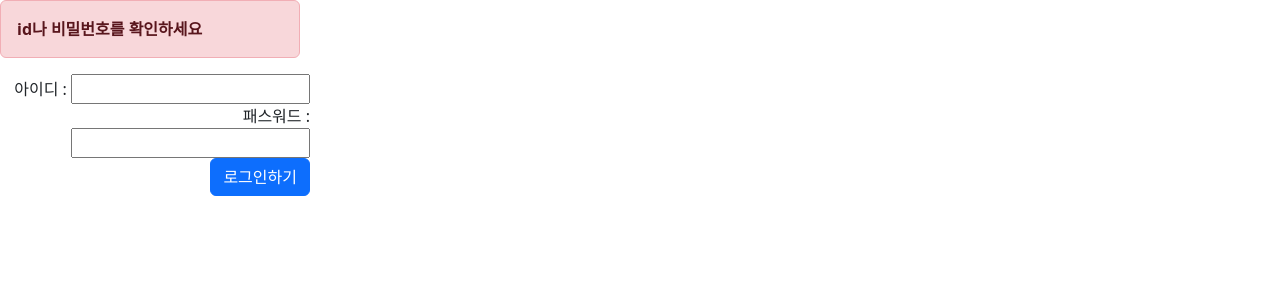
Repository: cheez0909/JSP
Page: http://localhost/1103/session/LoginProcess.jsp
The author's editor kept a copy of each file at every save. The page is drawn from the files as they stood at one save, then again after the next save.
The browser window is 1280 px wide. The pictures show the whole page.
The page is served by Tomcat 9. Other server files are loaded and not shown. Queries for data that is not in the repository find no rows.

Above is the page before, as saved 2023-11-08 06:07:15.

### 1103/src/main/webapp/session/LoginProcess.jsp
<%@page import="com.momo.dto.memberDTO"%>
<%@page import="com.momo.dao.memberDAO"%>
<%@ page language="java" contentType="text/html; charset=UTF-8"
    pageEncoding="UTF-8"%>
<!DOCTYPE html>
<html>
<head>
<meta charset="UTF-8">
<title>Insert title here</title>
</head>
<body>
<%
	/*
		1. 사용자의 요청 파라메터 수집(id, pw)
		2. DB에 등록된 사용자인지 확인
			- user테이블 생성
			- 사용자 정보 등록
	*/
	String id = request.getParameter("user_id");
	String pw = request.getParameter("user_pw");

	memberDAO members = new memberDAO();
	memberDTO memberdto = members.login(id, pw);

	members.close();

	if(memberdto != null){
		// 로그인 성공 -> 메인 페이지
		// 세션에 저장
		session.setAttribute("memberDTO", memberdto);
		session.setAttribute("user_id", id);
		response.sendRedirect("loginMain.jsp");
	} else{
		// 로그인 페이지로 이동 후 메세지 출력
		request.getRequestDispatcher("loginForm.jsp?err=1").forward(request, response);
	}

%>


</body>
</html>

### 1103/src/main/webapp/session/loginForm.jsp
<%@ page language="java" contentType="text/html; charset=UTF-8"
    pageEncoding="UTF-8"%>
<!DOCTYPE html>
<html>
<head>
<meta charset="UTF-8">
<title>Insert title here</title>
 <link href="https://cdn.jsdelivr.net/npm/bootstrap@5.3.1/dist/css/bootstrap.min.css" rel="stylesheet" integrity="sha384-4bw+/aepP/YC94hEpVNVgiZdgIC5+VKNBQNGCHeKRQN+PtmoHDEXuppvnDJzQIu9" crossorigin="anonymous">
</head>
<style>
.alert{
	width : 300px;
}
.login {
	text-align: right;
	align-items: flex-start;
}

form {
width : 300px;
height: 450px;
margin:10px;
}

</style>
<body>

<%
	String err = request.getParameter("err");

	if("1".equals(request.getParameter("err"))){%>
	<div class="alert alert-danger" role="alert"><b>id나 비밀번호를 확인하세요</b></div>
	<%}
	if(err!=null){
		err = request.getParameter("err");
	}
%>
	<form action="LoginProcess.jsp" method="post" name="loginFrm" class="login"
        onsubmit="return validateForm(this);">
        아이디 : <input type="text" name="user_id" required="required"/><br />
        패스워드 : <input type="password" name="user_pw" required="required"/><br />
        <button type="submit" class="btn btn-primary" value="로그인하기">로그인하기</button>
    </form>
     <script src="https://cdn.jsdelivr.net/npm/bootstrap@5.3.1/dist/js/bootstrap.bundle.min.js" integrity="sha384-HwwvtgBNo3bZJJLYd8oVXjrBZt8cqVSpeBNS5n7C8IVInixGAoxmnlMuBnhbgrkm" crossorigin="anonymous"></script>
</body>
</html>

### 1103/src/main/java/com/momo/DBConnectionPool.java
package com.momo;

import java.sql.Connection;
import java.sql.PreparedStatement;
import java.sql.ResultSet;
import java.sql.SQLException;
import java.sql.Statement;

import javax.naming.Context;
import javax.naming.InitialContext;
import javax.naming.NamingException;
import javax.sql.DataSource;



public class DBConnectionPool {
	public Connection con;
	public Statement stmtl;
	public PreparedStatement pstmt;
	public ResultSet rs;


	public DBConnectionPool(){
		try {
			// JNDI를 통해 커넥션풀 얻어오기
			Context initContext = new InitialContext();
			Context envContext  = (Context)initContext.lookup("java:/comp/env");
			DataSource ds = (DataSource)envContext.lookup("jdbc/myoracle");

			// 커넥션풀을 통해 연결 객체 얻기
			con = ds.getConnection();

		} catch (NamingException e) {
			System.out.println("==================DBConnectionPool NamingException");
			e.printStackTrace();
		}	catch (SQLException e) {
			System.out.println("==================DBConnectionPool SQLException");
			e.printStackTrace();
		}
	}

	// 자원 반납
	public void close() {
		try {
		if(rs!=null) rs.close();
		if(pstmt!=null) pstmt.close();
		if(stmtl!=null) stmtl.close();
		if(con!=null) con.close();
		} catch(Exception e) {
			System.out.println("자원반납 중 예외가 발생하였습니다.");
			e.printStackTrace();
		}

	}

}

### 1103/src/main/java/com/momo/dao/memberDAO.java
package com.momo.dao;

import java.sql.SQLException;

import com.momo.DBConnectionPool;
import com.momo.dto.memberDTO;

public class memberDAO extends DBConnectionPool{

	//public memberDTO login(memberDTO member)
	public memberDTO login(String id, String pw) {
		try {
			memberDTO members = new memberDTO();


			String sql = "select *\r\n"
					+ "from member\r\n"
					+ "where id= ? and pass= ? ";

			pstmt = con.prepareStatement(sql);

			pstmt.setString(1, id);
			pstmt.setString(2, pw);

			rs = pstmt.executeQuery();

			//while(rs.next()) {
			//	for(int i=1; i<=rs.getMetaData().getColumnCount(); i++) {
			//		rs.getString(i);
			//	}
			//}

			if(rs.next()) {
				members.setId(rs.getString("ID"));
				members.setPass(rs.getString("PASS"));
				members.setName(rs.getString("NAME"));
				members.setRegidate(rs.getString("REGIDATE"));
				return members;
			} else {
				return null;
			}


		} catch (SQLException e) {
			e.printStackTrace();
			return null;
		}
	}
}

### 1103/src/main/java/com/momo/dto/memberDTO.java
package com.momo.dto;

public class memberDTO {

	public String id;
	public String pass;
	public String name;
	public String regidate;

	public String getId() {
		return id;
	}
	public void setId(String id) {
		this.id = id;
	}
	public String getPass() {
		return pass;
	}
	public void setPass(String pass) {
		this.pass = pass;
	}
	public String getName() {
		return name;
	}
	public void setName(String name) {
		this.name = name;
	}
	public String getRegidate() {
		return regidate;
	}
	public void setRegidate(String regidate) {
		this.regidate = regidate;
	}



}

After the next save:
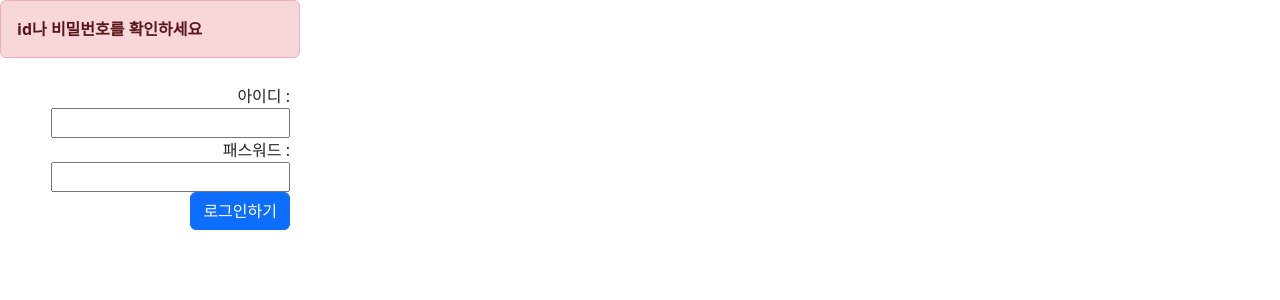
Saved 7 s later.
--- a/1103/src/main/webapp/session/loginForm.jsp
+++ b/1103/src/main/webapp/session/loginForm.jsp
@@ -19,7 +19,7 @@
 form {
 width : 300px;
 height: 450px;
-margin:10px;
+padding:10px;
 }
 
 </style>
